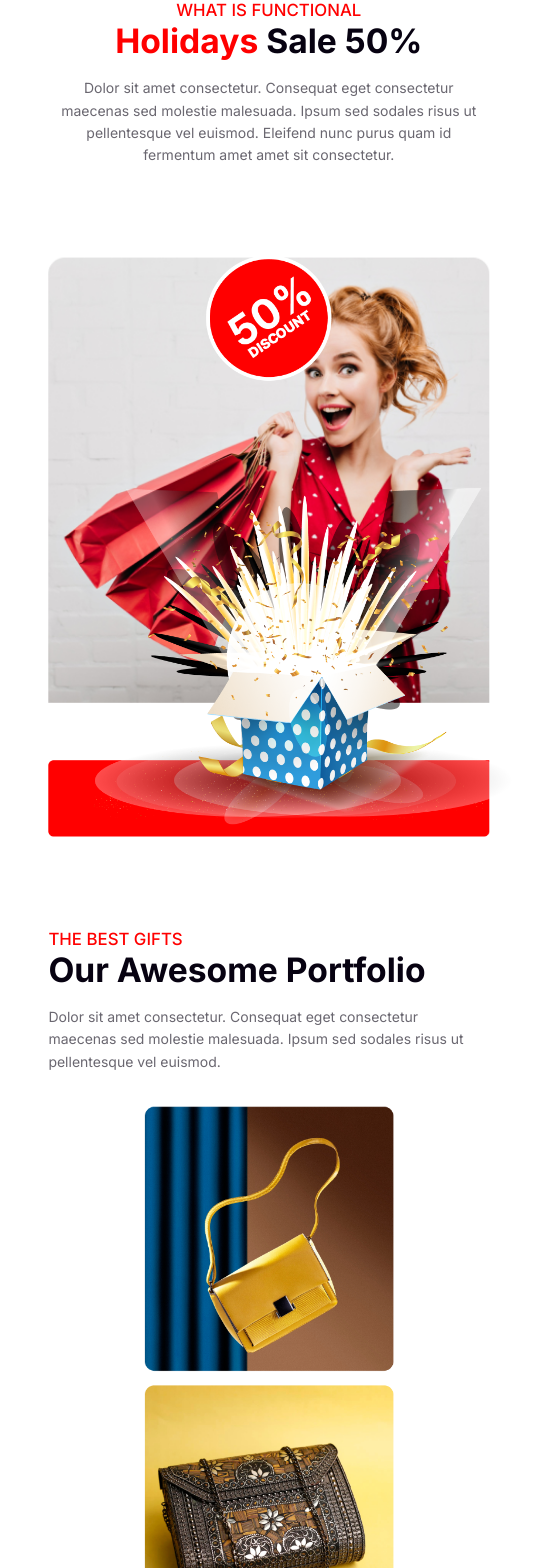
Repository: ShouravAhammed/simple-responsive-new-year
Page: index.html
An editor plug-in stored every save of this project. The page is shown before and after the next save, followed by the edit.
The browser window is 768 px wide. The pictures show the part of the page from y = 0 to 2240 px (the page is 5500 px tall), at 70% of full size.

Above is the page before, as saved 2024-01-11 18:45:19.

### index.html
<!DOCTYPE html>
<html lang="en">
<head>
    <meta charset="UTF-8">
    <meta name="viewport" content="width=device-width, initial-scale=1.0">
    <!-- Title  -->
    <title>New Year 2024</title>
    <!-- favicon icon linked -->
    <link rel="shortcut icon" href="images/New Year Photo.png" type="image/x-icon">
    <!-- style css linked-->
    <link rel="stylesheet" href="Style/style.css">
</head>
<body>
    <!-- header part  -->
    <header class="hide">
        <!-- banner section part -->
        <section id="banner">
            <div class="container">
                <div class="banner-container">
                    <div class="banner-content">
                        <h3 class="celebration">Happy New Year</h3>
                        <h2 class="banner-title">New Year Party Celebration</h2>
                    </div>
                </div>
            </div>
        </section>
    </header>
    <!-- main part -->
    <main>
        <!-- categories section part  -->
            <section id="categories hide" class="hide">
                <div class="container">
                    <div class="categories-container">
                        <h2 class="categories-discount">65% OFF</h2>
                        <p class="primary-summery">OUR HOLIDAY DEALS ARE BETTER</p>
                        <h3 class="categories-title">ALL CATEGORIES</h3>
                        <div class="categories-img">
                            <img id="new-year-img" src="images/New Year Photo.png" alt="Happy New Year">
                        </div>
                    </div>
                </div>
            </section>

            <!-- party-banner section part -->
            <section id="party-banner" class="hide">
                <div class="container">
                    <div class="party-container">
                        <div class="party-content">
                            <h2 class="party-title">Welcome to midnight party</h2>
                            <p class="party-description">Dolor sit amet consectetur. Consequat eget consectetur maecenas sed molestie malesuada. Ipsum sed sodales risus ut pellentesque vel euismod. </p>
                            <button id="join-now-btn">JOIN NOW</button>
                        </div>
                        <img class="party-img" src="images/icon/Group 70.png" alt="party-img">
                    </div>
                </div>
            </section>
            <!-- Announce section part -->
            <section id="announce" class="hide">
                <div class="container">
                    <div class="announce-content">
                        <h4 class="announce-title"><span class="title-color">Place:</span> New Park Hotel</h4>
                        <h4 class="announce-title"><span class="title-color">Date:</span> 31 December Night 2023</h4>
                        <h4 class="announce-title"><span class="title-color">Time:</span> Evening 7.30 pm to 12.30 am</h4>
                        <button class="announce-btn">Join Now</button>
                    </div>
                </div>
            </section>
            <!-- best offer section part -->
            <section id="best-offer" class="hide">
                <div class="container">
                    <div class="best-offer-container">
                        <div class="best-offer-content">
                            <p class="primary-summery">NEW BEST OFFER</p>
                            <h3 class="similer-title">Coming Soon</h3>
                            <p class="similer-description">Dolor sit amet consectetur. Consequat eget consectetur maecenas sed molestie malesuada. Ipsum sed sodales risus ut pellentesque vel euismod. </p>
                        </div>
                        <div class="best-offer-img-content">

                                <img class="best-offer-img" src="images/Ellipse 1.png" alt="best-offer-images">

                        </div>
                        <div class="best-offer-year-content">
                            <h3 class="best-offer-year">2024</h3>
                            <p class="best-offer-description">Dolor sit amet consectetur. Consequat eget consectetur maecenas sed.</p>
                            <img class="best-offer-year-img" src="images/icon/Group 96.png" alt="best-offer-year-img">
                        </div>
                    </div>
                </div>
            </section>
            <!-- holiday section part  -->
            <section id="holiday">
                <div class="container">
                    <div class="holiday-container">
                        <div class="holiday-content">
                            <p class="primary-summery">WHAT IS FUNCTIONAL</p>
                        <h3 class="similer-title"><span class="title-color">Holidays</span> Sale 50%</h3>
                        <p class="similer-description">Dolor sit amet consectetur. Consequat eget consectetur maecenas sed molestie malesuada. Ipsum sed
                            sodales risus ut pellentesque vel euismod. Eleifend nunc purus quam id
                            fermentum amet amet sit consectetur.</p>
                        </div>
                        <div class="holiday-back-img">
                            <div class="holiday-gift-content">
                                <img src="images/icon/Group 75.png" alt="">
                            </div>
                            <div class="holiday-discount-content">
                                <img src="images/icon/Group 44.png" alt="">
                            </div>
                        </div>
                        <div class="holiday-bottom">
                            <img src="images/Rectangle 2.png" alt="">
                        </div>
                    </div>
                </div>
            </section>
            <!-- Portfolio section part -->

            <section id="portfolio">
                <div class="container">
                    <div class="portfolio-container">
                        <div class="portfolio-box">
                            <p class="primary-summery">THE BEST GIFTS</p>
                            <h3 class="similer-title">Our Awesome Portfolio</h3>
                            <p class="similer-description description-padd">Dolor sit amet consectetur. Consequat eget consectetur maecenas sed molestie malesuada. Ipsum sed sodales risus ut pellentesque vel euismod. </p>
                        </div>
                            <div class="portfolio-content">
                                <img class="portfolio-img" src="images/Portfolio images/Rectangle 3.png" alt="">
                                <img class="portfolio-img" src="images/Portfolio images/Rectangle 4.png" alt="">
                                <img class="portfolio-img" src="images/Portfolio images/Rectangle 5.png" alt="">
                            </div>
                            <div class="portfolio-content">
                                <img class="portfolio-img" src="images/Portfolio images/Rectangle 6.png" alt="">
                                <img class="portfolio-img" src="images/Portfolio images/Rectangle 7.png" alt="">
                                <img class="portfolio-img" src="images/Portfolio images/Rectangle 8.png" alt="">
                            </div>
                        </div>
                    </div>
            </section>
            <!-- newsletter section part -->
            <section id="newsletter">
                <div class="container">
                    <div class="news-container">
                        <div class="news-content">
                            <img src="images/icon/Group 61.png" alt="">
                            <h3 class="similer-title">Subscribe Newsletter</h3>
                            <p class="similer-description description-mar">Dolor sit amet consectetur. Consequat eget consectetur maecenas sed molestie malesuada. Ipsum sed sodales risus ut pellentesque vel euismod. </p>
                            <form class="form" action="">
                                <input type="email" placeholder="user@gmail.com" alt="email" id="">
                                <button class="subscribe-btn">Subscribe</button>
                            </form>
                        </div>

                    </div>
                </div>
            </section>
    </main>
    <!--  footer part -->
    <footer>
        <section id="footer">
            <div class="container">
                <div class="footer-describe-part line-color">
                    <div class="footer-address">
                        <p class="address-similer">44, Big Building Roosevelt Street</p>
                        <p class="address-similer">Beach Gardens Florida 33410</p>
                    </div>
                    <div class="footer-address">
                        <div class="call-icon">
                            <img src="images/icon/Call.png" alt="">
                            <a class="address-similer">+00 123 584 124</a>
                        </div>
                        <div class="website-icon">
                            <img src="images/icon/Website.png" alt="">
                            <a class="address-similer">www.website.com</a>
                        </div>
                    </div>
                </div>

                <div class="footer-social line-color">
                    <a href=""><img src="images/icon/Facebook.png" alt=""></a>
                    <a href=""><img src="images/icon/Instagram.png" alt=""></a>
                    <a href=""><img src="images/icon/Twitter.png" alt=""></a>
                    <a href=""><img src="images/icon/Linkedin.png" alt=""></a>
                </div>

                <div class="reserved">
                    <p>2017, All Rights Reserved.</p>
                    <p>Unsubscribe</p>
                </div>
            </div>
        </section>
    </footer>
</body>
</html>

### Style/style.css
/* import google fonts */
@import url('https://fonts.googleapis.com/css2?family=Inter:wght@100;200;300;400;500;600;700;800;900&family=Merriweather:ital,wght@0,300;0,400;0,700;0,900;1,300;1,400;1,700;1,900&display=swap');

*{
    margin: 0;
    padding: 0;
    outline: 0;
}

.container{
    width: 82%;
    margin: 0 auto;
}
/* primary content */
.primary-summery{
    font-family: Inter;
    font-size: 24px;
    font-style: normal;
    font-weight: 500;
    color: #F00;
    line-height: normal;
}
/* title-color */
.title-color{
    color: #F00;
}
/* banner section related css style */
#banner{
    margin-top: 30px;
}
.banner-container{
    background-image: linear-gradient(180deg, #070211 0%, rgba(7, 2, 17, 0.00) 100%), url(../images/Banner\ Image.png);
    background-size: cover;
    background-repeat: no-repeat;
    background-position: center;
    border-radius: 16px;
    padding: 177px 0px;
}
.banner-container .banner-content{
    width: 632px;
    margin: 0 auto;
}
.banner-container .banner-content .celebration{
    color: #FFF;
    text-align: center;
    font-family: Merriweather;
    font-size: 32px;
    font-style: normal;
    font-weight: 400;
    line-height: normal;
    margin-bottom: 16px;
    z-index: 99;
}
.banner-container .banner-content .banner-title{
    color: #FFF;
    text-align: center;
    font-family: Merriweather;
    font-size: 72px;
    font-style: normal;
    font-weight: 900;
    line-height: 95px;
}
/* categories section related css style */

#categories{
    margin: 120px 0px;
}
.categories-container{
    text-align: center;
}
.categories-container .categories-discount{
    font-family: Inter;
    font-size: 88px;
    font-style: normal;
    font-weight: 700;
    color: #F00;
    line-height: normal;
    margin-bottom: 48px;
}

.categories-title{
    font-family: Inter;
    font-size: 48px;
    font-style: normal;
    font-weight: 700;
    color: #070211;
    line-height: normal;
    margin-bottom: 48px;
}
.categories-container .categories-img{
    width: 800px;
    margin: 0 auto;
}
.categories-img #new-year-img{
    max-width: 100%;
}

/* party-banner section css style  */
#party-banner{

}
.party-container{
    background-image: linear-gradient(90deg, #070211 0%, rgba(7, 2, 17, 0.00) 100%), url(../images/Vectorrr.png);
    background-position: center;
    background-repeat: no-repeat;
    background-size: cover;
    display: flex;
    align-items: center;
    justify-content: space-between;
    border-radius: 16px;
    padding: 70px 70px;
}
.party-container .party-content{
    width: 900px;
}
.party-content .party-title{
    font-family: Merriweather;
    font-size: 64px;
    font-style: normal;
    font-weight: 900;
    color: #FFF;
    line-height: 88px;
    letter-spacing: 3px;
}
.party-content .party-description{
    font-family: Inter;
    font-size: 18px;
    font-style: normal;
    font-weight: 400;
    color: rgba(255, 255, 255, 0.80);
    line-height: 30px;
    margin-top: 20px;
}
#join-now-btn{
    font-family: Inter;
    font-size: 20px;
    font-style: normal;
    font-weight: 700;
    color: #FFF;
    background: transparent;
    line-height: normal;
    text-transform: uppercase;
    border: none;
    cursor: pointer;
    margin-top: 48px;
    margin-left: 32px;
}
.party-container .party-img{
    width: 270px;
    max-width: 100%;
}

/* Announce section css style */

#announce{
    margin: 120px 0px;
}
.announce-content{
    background: linear-gradient(180deg, rgba(255, 0, 0, 0.10) 0%, rgba(255, 0, 0, 0.00) 100%);
    padding: 100px 0;
    text-align: center;
}
.announce-content .announce-title{
    color: #070211;
    font-family: Inter;
    font-size: 32px;
    font-style: normal;
    font-weight: 600;
    line-height: 56px;
    text-transform: capitalize;
}
.announce-btn{
    font-family: Inter;
    font-size: 20px;
    font-style: normal;
    font-weight: 700;
    line-height: normal;
    color: #FFF;
    text-align: center;
    text-transform: uppercase;
    border-radius: 8px;
    background: #F00;
    padding: 16px 32px;
    border: none;
    cursor: pointer;
    transition: all ease 0.5s;
    margin-top: 48px;
}
.announce-btn:hover{
    background: #fff;
    color: #f00;
    outline: 1px solid #F00;
}
/* best-offer section style css */
#best-offer{
    margin-bottom: 128px;
}
.similer-title{
    font-family: Inter;
    font-size: 48px;
    font-style: normal;
    font-weight: 700;
    color: #070211;
    line-height: normal;
}
.similer-description{
    font-family: Inter;
    font-size: 20px;
    font-style: normal;
    font-weight: 400;
    color: rgba(7, 2, 17, 0.60);
    line-height: 32px;
    margin-top: 22px;
}
.best-offer-container{
    display: flex;
    align-items: center;
    gap: 20px;
}
.best-offer-content{
    width: 700px;
}
.best-offer-img-content{
    min-height: 350px;
    min-width: 350px;
    border: 15px solid #f00;
    border-radius: 50%;
    position: relative;
    position: relative;
}
.best-offer-img-content .best-offer-img{
    position: absolute;
    width: 270px;
    inset: 41px;
}
.best-offer-year-content .best-offer-year{
    font-family: Inter;
    font-size: 48px;
    font-style: normal;
    font-weight: 700;
    color: #F00;
    line-height: normal;
    margin-top: 65px;
}
.best-offer-year-content .best-offer-description{
    margin-top: 10px !important;

}
.best-offer-year-content{
    width: 500px;
}
.best-offer-year-content .best-offer-year-img{
    max-width: 140px;
    margin-top: 38px;
}


/*  portfolio section css style */
.portfolio-container{

}
.portfolio-container .description-padd{
    margin-bottom: 48px ;
}
.portfolio-container .portfolio-content{
    display: flex;
    align-items: center;
    justify-content: space-between;
    margin-top: 20px;
}
.portfolio-box{
    width: 896px;
}
.portfolio-container .portfolio-content .portfolio-img{
    max-width: 355px;
    transition: all ease 0.5s;
}
.portfolio-content .portfolio-img:hover{
    filter: grayscale(1);
    transform: scale(1.05);
}
/* newsletter section css style  */
#newsletter{
    margin: 128px 0px;
}
.news-container{
    border-radius: 16px;
    background: rgba(255, 0, 0, 0.05);
    padding: 80px 0px;
}
.news-content{
    width: 896px;
    margin: 0 auto;
    text-align: center;
}
.news-content img{
    width: 150px;
    height: 150px;
}
.form{
    width: 648px;
    height: 72px;
    display: flex;
    margin: 0 auto;
}
.form input{
    background: #fff;
    width: 438px;
    flex-grow: 1;
    color: rgba(7, 2, 17, 0.30);
    font-family: Inter;
    font-size: 18px;
    font-style: normal;
    font-weight: 400;
    line-height: normal;
    padding-top: 25px;
    padding-bottom: 25px;
    padding-left: 30px;
    border: none;
    border-radius: 50px 0px 0px 50px;
    outline: 1px transparent;
    transition: all ease 0.5s;
}
.form input:hover{
    outline: 1px solid #f00;
}
.form .subscribe-btn{
    color: #FFF;
    font-family: Inter;
    font-size: 20px;
    font-style: normal;
    font-weight: 600;
    line-height: normal;
    text-transform: capitalize;
    border-radius: 0px 50px 50px 0px;
    background: #F00;
    padding: 24px 56px;
    border: none;
    transition: all ease 0.5s;
}
.form .subscribe-btn:hover{
    outline: 1px solid #f00;
    background: #fff;
    color: #f00;
}
.description-mar{
    margin-bottom: 48px;
}
/* footer section part css style */

#footer{
    background: #070211;
    padding: 120px 0;
}
.line-color{
    border-bottom: 1px solid rgba(255, 255, 255, 0.15);
}
.footer-describe-part{
    display: flex;
    justify-content: space-between;
}
.footer-address{
    margin-bottom: 50px;
}
.footer-address .address-similer {
    color: #FFF;
    font-family: Inter;
    font-size: 24px;
    font-style: normal;
    font-weight: 500;
    line-height: 40px;
    text-decoration: none;
    cursor: pointer;
}
.call-icon, .website-icon{
    display: flex;
    align-items: center;
}
.call-icon img, .website-icon img{
    width: 24px;
    margin-right: 15px;
}

.footer-social{
    text-align: center;
    padding: 48px 0;
}
.footer-social a{
    width: 64px;
    margin-right: 24px;
}
.footer-social a:hover{
    filter: grayscale(1);
}

.reserved{
    display: flex;
    justify-content: space-between;
    align-items: center;
    margin-top: 50px;
}
.reserved p{
    color: #FFF;
    font-family: Inter;
    font-size: 24px;
    font-style: normal;
    font-weight: 500;
    line-height: normal;
}



/* holiday section css style */
#holiday{
    margin-bottom: 128px;
}
.holiday-container{
    text-align: center;
}
.holiday-container .holiday-content{
    width: 920px;
    margin: 0 auto;
}
.holiday-back-img{
    display: flex;
    align-items: center;
    margin-top: 48px;
    background-image: url(../images/Rectangle\ 1.png);
    background-repeat: no-repeat;
    background-size: contain;
    height: 60vh;
    background-position: bottom right;
}
.holiday-back-img .holiday-gift-content {
    width: 600px;
    position: relative;
    bottom: -110px;
    left: 50px;
}
.holiday-back-img .holiday-gift-content img{
    max-width: 100%;
}
.holiday-back-img .holiday-discount-content{
    width: 250px;
}
.holiday-back-img .holiday-discount-content img{
    max-width: 100%;
}
.holiday-bottom img{
    width: 100%;
}


/* responsive */
.hide{
    display: none;
}
@media screen and (max-width: 576px){
    .similer-description {
        padding: 0px 10px;
    }
    .news-content, .portfolio-box, .form, .form input {
        width:  100%;
    }
    .form .subscribe-btn {
        padding: 24px 20px;
    }
    .best-offer-container, .best-offer-container, .portfolio-container .portfolio-content, .footer-describe-part {
        flex-direction: column;
    }
    .footer-social a {
        margin-right: 10px;
    }
    .reserved {
        margin-top: 50px;
        flex-direction: column;
    }
    .portfolio-container .portfolio-content .portfolio-img {
        width: 100%;
    }
    .portfolio-container .portfolio-content {
        gap: 20px;
    }
    .holiday-container .holiday-content {
        width: 100%;
    }
    .holiday-back-img {
        height: 38vh;
    }
    .best-offer-content, .best-offer-year-content {
        width: 100%;
    }
    .announce-content {
        padding: 40px 0;
    }
    .announce-content .announce-title {
        font-size: 18px;
        font-weight: 600;
    }
    .party-container .party-content {
        width: 100%;
    }
    .party-container {
        flex-direction: column;
        padding: 30px 15px;
    }
    .party-container {
        background-position: 85%;
    }
    .party-content .party-title {
        font-size: 32px;
        line-height: 45px;
    }
    #join-now-btn {
        margin-top: 20px;
    }
    .party-container .party-img {
        width: 50%;
        margin-top: 40px;
    }


    .primary-summery {
        font-size: 20px;
    }
    .categories-title {
        font-size: 39px;
    }
    .categories-container .categories-discount {
        font-size: 56px;
        margin-bottom: 12px;
    }
    .categories-container .categories-img {
        width: 100%;
    }
    .categories-img #new-year-img {
        width: 100%;
    }
    .banner-container .banner-content {
        width: 100%;
    }
    .banner-container {
        background-position: 13%;
        border-radius: 16px;
        padding: 120px 0px;
    }
    .banner-container .banner-content .banner-title {
        font-size: 40px;
        line-height: 60px;
    }

}

@media screen and (min-width: 577px) and (max-width: 768px) {

    .holiday-back-img {
        margin-top: 48px;
        height: 100vh;
        background-position: center;
        flex-direction: column-reverse;
    }

    .best-offer-container, .best-offer-container, .portfolio-container .portfolio-content {
        flex-direction: column;
    }

    .portfolio-container .portfolio-content {
        flex-direction: column;
        gap: 20px;
    }
    .news-content, .portfolio-box, .form, .form input {
        width:  100%;
    }
    .holiday-container .holiday-content {
        width: 100%;
    }
    .holiday-container .holiday-content {
        width: 100%;
    }
    .portfolio-container .portfolio-content .portfolio-img {
        width: 100%;
    }
    .best-offer-content, .best-offer-year-content {
        width: 100%;
    }
    .party-container .party-content {
        width: 100%;
    }
    .categories-container .categories-img {
        width: 100%;
    }
    .categories-img #new-year-img {
        width: 100%;
    }
    .banner-container .banner-content {
        width: 100%;
    }
    .news-container {
        border-radius: 16px;
        background: rgba(255, 0, 0, 0.05);
        padding: 50px 35px;
    }
    .footer-describe-part {
        flex-direction: column;
    }
}
@media screen and (min-width: 769px) and (max-width: 992px){



    .holiday-back-img .holiday-gift-content {
        width: 100%;
        bottom: -104px;
        left: 78px;
    }
    .holiday-back-img .holiday-discount-content img {
        max-width: 40%;
    }
    .holiday-back-img .holiday-discount-content {
        width: 100%;
    }
    .news-content, .portfolio-box, .form, .form input {
        width:  100%;
    }
    .holiday-container .holiday-content {
        width: 100%;
    }
    .holiday-container .holiday-content {
        width: 100%;
    }
    .portfolio-container .portfolio-content .portfolio-img {
        width: 100%;
    }
    .best-offer-content, .best-offer-year-content {
        width: 100%;
    }
    .party-container .party-content {
        width: 100%;
    }
    .categories-container .categories-img {
        width: 100%;
    }
    .categories-img #new-year-img {
        width: 100%;
    }
    .banner-container .banner-content {
        width: 100%;
    }
    .portfolio-container .portfolio-content {
        gap: 20px;
        flex-wrap: wrap;
        flex-direction: column;
    }
    .news-container {
        padding: 80px 30px;
    }

}

After the next save:
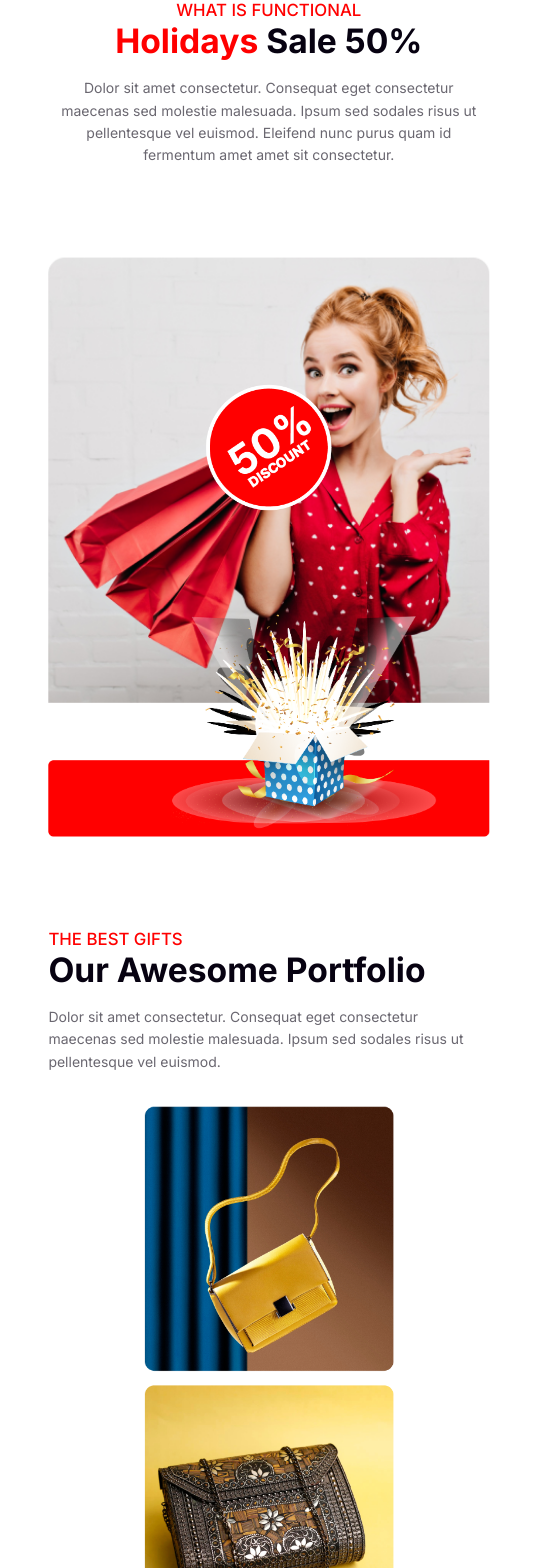
Saved 3 min 22 s later.
--- a/Style/style.css
+++ b/Style/style.css
@@ -559,7 +559,11 @@
         background-position: center;
         flex-direction: column-reverse;
     }
-
+    .holiday-back-img .holiday-gift-content {
+        width: 60%;
+        bottom: -110px;
+        left: 50px;
+    }
     .best-offer-container, .best-offer-container, .portfolio-container .portfolio-content {
         flex-direction: column;
     }
